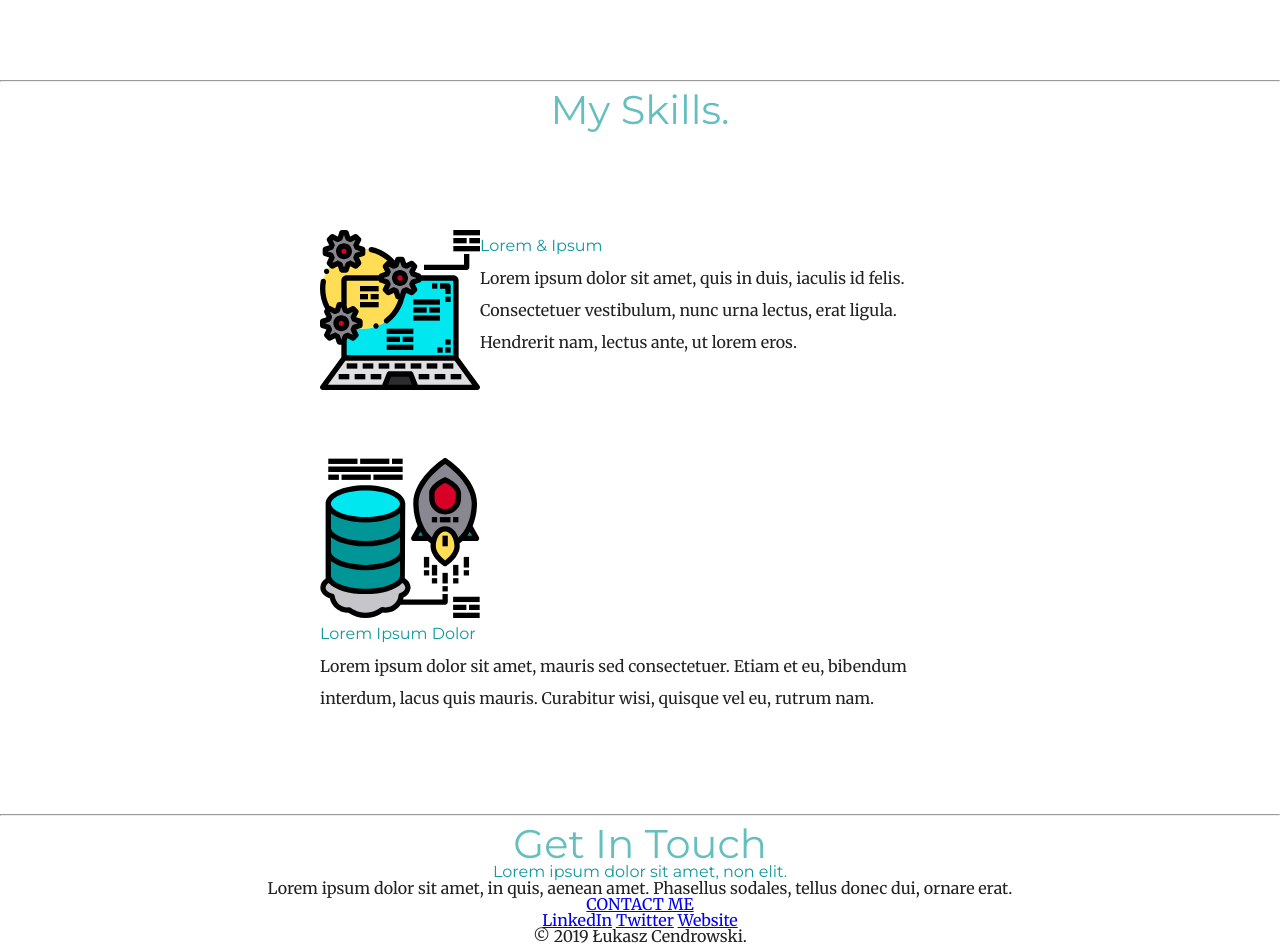
Repository: Isanderr/simple_landing_page-1
Page: index.html
The author's editor kept a copy of each file at every save. The page is drawn from the files as they stood at one save, then again after the next save.
The browser window is 1280 px wide. The pictures show the part of the page from y = 914 to 1860 px (the page is 1860 px tall).
A picture or video elsewhere on the page could not be fetched, so the positions and the page height are approximate.

Above is the page before, as saved 2019-01-31 22:53:31.

After the next save:
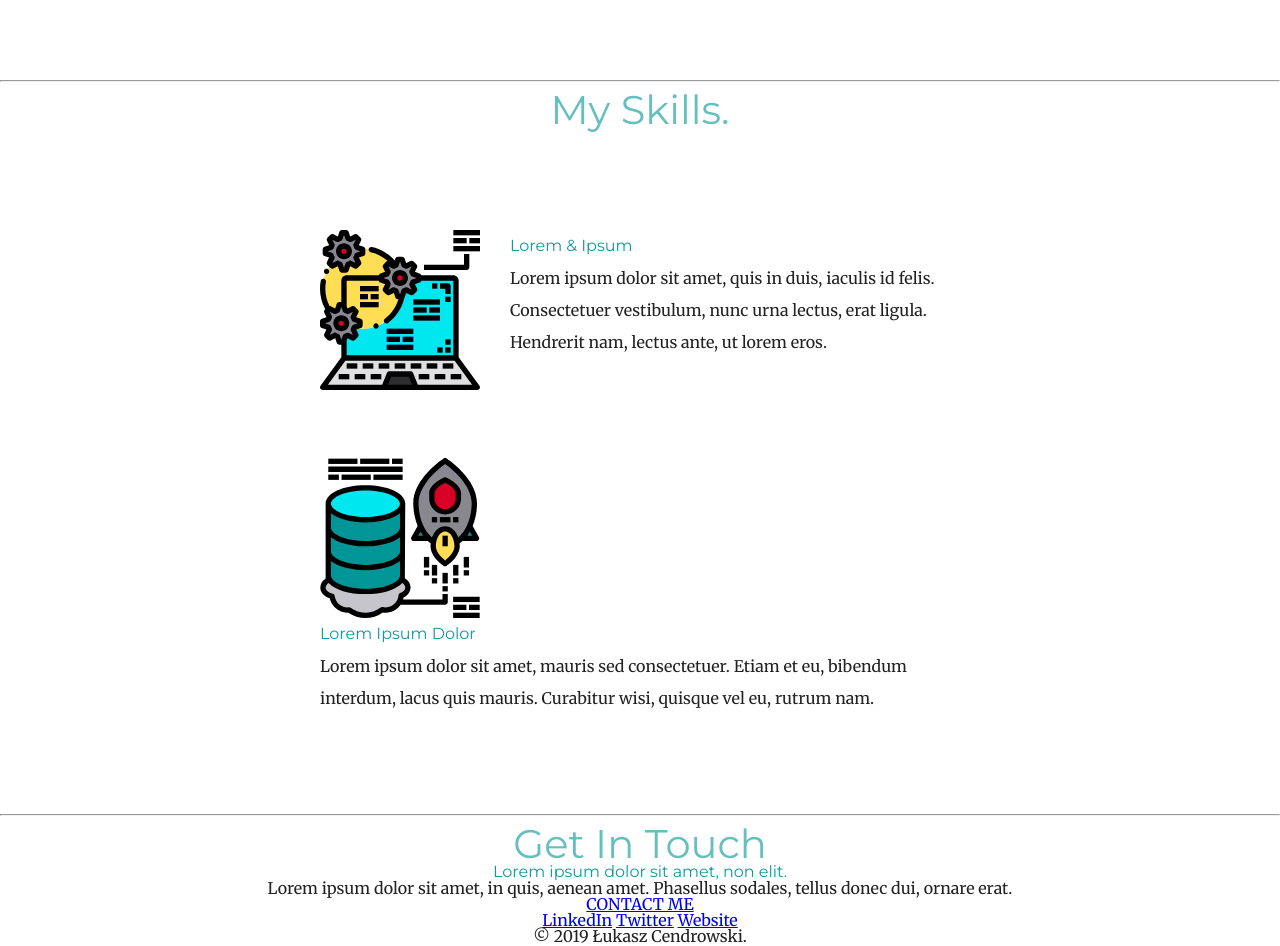
Saved 22 s later.
--- a/css/styles.css
+++ b/css/styles.css
@@ -69,7 +69,7 @@ width: 25%;
 .computer-img {
     width: 25%;
     float: left;
-    margin-right: 30xp;
+    margin-right: 30px;
 }
 
 .hosting-img {
